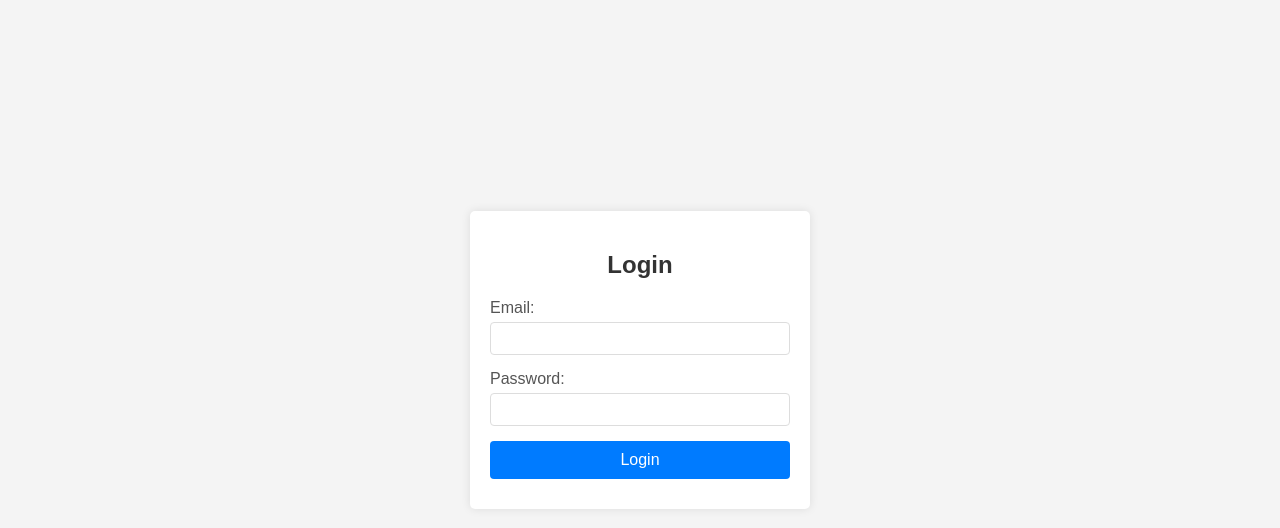
Repository: vinayakGarudi2002/swabhavTrainingProjects
Page: http://localhost/01_banking_application/login.jsp
These files come from the project's save history. The page is drawn as it stood at one moment and after the next save; the edit follows.
The browser window is 1280 px wide. The pictures show the whole page.
The page is served by Tomcat 9.

Above is the page before, as saved 2024-08-11 08:45:21.

After the next save:
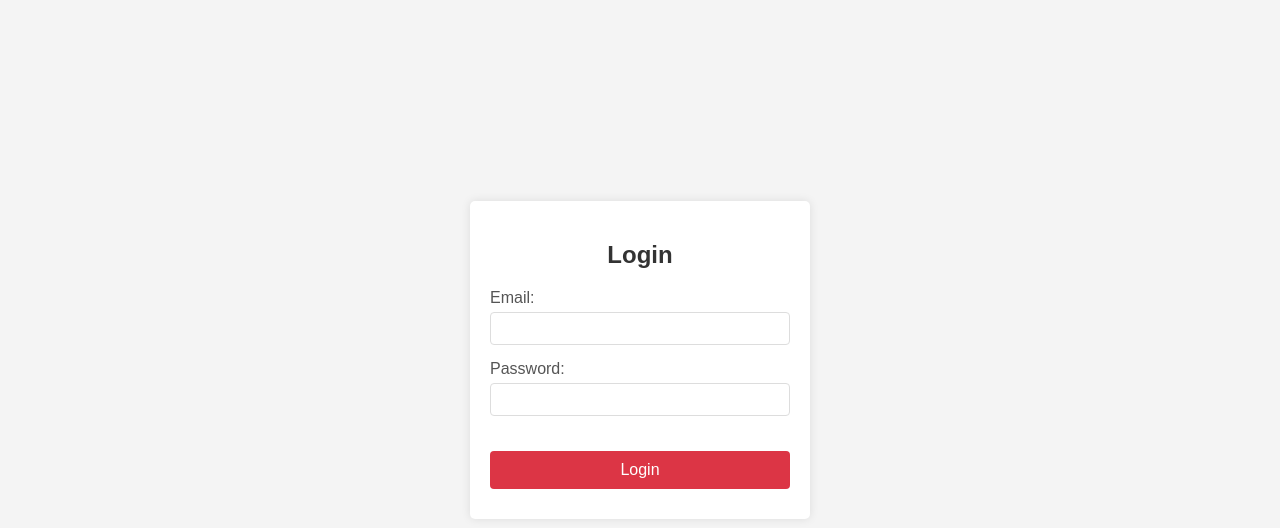
Saved 7 min 3 s later.
--- a/01_banking_application/WebContent/static/css/styles.css
+++ b/01_banking_application/WebContent/static/css/styles.css
@@ -63,3 +63,50 @@ button:hover {
     margin-top: 10px;
     text-align: center;
 }
+
+/* Additional styles for dashboard */
+.dashboard-container {
+    background-color: #fff;
+    padding: 20px;
+    border-radius: 5px;
+    box-shadow: 0 0 10px rgba(0, 0, 0, 0.1);
+    width: 400px;
+    margin: 50px auto;
+    text-align: center;
+}
+
+.admin-actions {
+    list-style-type: none;
+    padding: 0;
+    margin: 20px 0;
+}
+
+.admin-actions li {
+    margin: 10px 0;
+}
+
+.admin-actions a {
+    text-decoration: none;
+    color: #007bff;
+    font-size: 18px;
+}
+
+.admin-actions a:hover {
+    text-decoration: underline;
+}
+
+button {
+    width: 100%;
+    padding: 10px;
+    background-color: #dc3545;
+    color: white;
+    border: none;
+    border-radius: 4px;
+    cursor: pointer;
+    font-size: 16px;
+    margin-top: 20px;
+}
+
+button:hover {
+    background-color: #c82333;
+}
